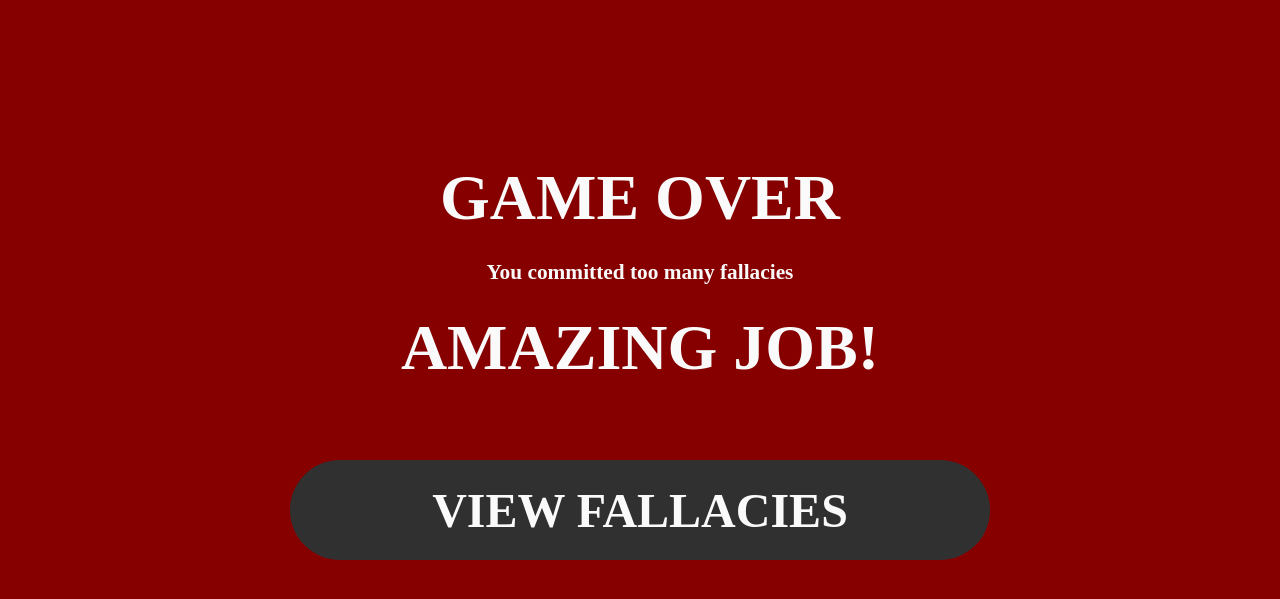
Repository: cindyvunguyen/fallacy
Page: index.html
The author's editor kept a copy of each file at every save. The page is drawn from the files as they stood at one save, then again after the next save.
The browser window is 1280 px wide. The pictures show the whole page.
After loading, the first visible `button.grey-button` was clicked once.
Some web fonts or font styles are not loaded; a fallback is used.

Above is the page before, as saved 2020-03-13 14:36:31.
Console error: ReferenceError: none is not defined

### index.html
<!DOCTYPE html>
<html lang="en">
<head>
    <meta charset="UTF-8">
    <meta name="viewport" content="width=device-width, initial-scale=1.0">
    <title>FALLACIES</title>
    <link href="style.css" rel="stylesheet" type="text/css">
</head>
<body>
    <div id="app">

        <!-- CINDY START -->

        <div id="home-page"></div>

        <div id="lets-start-page"></div>

        <div id="question-page"></div>

        <!-- CINDY END -->

        <!-- SOPHIA START -->

        <!-- when making it one page -->

        <div id="correct-incorrect-page">
            <div id="icon"></div>
            <div id="cip-text1">HORRAY!</div> <!-- incorrect, change to "oh no!" -->
            <div id="cip-a-outcome">
                <div id="cip-text2">You avoided the</div> <!-- icorrect, change to "you committed the"-->
                <div id="cip-fallacy">BANDWAGON FALLACY</div>
                <div id="cip-text2">which is</div>
            </div>
            <div id="cip-definition">Listening to what is popular instead of listening to yourself.</div>
            <button class="white-button" onclick="switchPage()">NEXT QUESTION</button>
        </div>

        <!-- the two above pages technically have the same HTML. so you can only have 1 div and change the CSS through JS. it's entirely up to you. -->

        <div id="results-page">
            <div id="rp-text">
                <div id="rp-message">YOU GOT...</div> <!-- game over, change to "game over" -->
                <div id="rp-results"># out of 10 scenarios</div>  <!-- game over, change to "you commited too many fallacies" -->
                <div id="rp-congrats">AMAZING JOB!</div> <!-- game over, message disappears -->
            </div>
            <button class="grey-button" onclick="gameOver()">VIEW FALLACIES</button>
        </div>

        <!-- the two above pages technically have the same HTML, so you can only have 1 div and change the CSS through JS. it's entirely up to you. -->

        <!-- SOPHIA END -->

        <!-- CHLOE START -->

        <div id="review-page"></div>

        <div id="review2-page"></div>

        <div id="fallacy-review-page"></div>

        <div id="three-fallacies-page"></div>
        <!-- change the page's content with JS to show all three fallacies when clicked -->

        <!-- CHLOE END -->
        <script src="js.js"></script>
    </div>
</body>
</html>

### style.css
body {
    margin: 0;
}

#app {
    width: 100vw;
    height: 100vh;
    font-family: Visby;
    background-color: #468091;
    color: #FAFAFA;
}

@font-face {
    font-family: Visby;
    src: url(fonts/VisbyRoundCF-Regular.otf) format("woff");
}

@font-face {
    font-family: Visby;
    src: url(fonts/VisbyRoundCF-ExtraBold.otf) format("woff");
    font-weight: bold;
}

.pink-button {
    height: 100px;
    width: 700px;
    background-color: #ed2265;
    border: 0px;
    border-radius: 75px;
    font-family: Visby;
    font-weight: bold;
    font-size: 36pt;
    color: #FAFAFA;
    outline: 0;
}

.pink-button:active {
    background-color: #9c1542;
}

.white-button {
    height: 100px;
    width: 700px;
    background-color: #FAFAFA;
    border: 0px;
    border-radius: 75px;
    font-family: Visby;
    font-weight: bold;
    font-size: 36pt;
    color: #303030;
    outline: 0;
}

.white-button:active {
    background-color: #9e9e9e;
}

.grey-button {
    height: 100px;
    width: 700px;
    background-color: #303030;
    border: 0px;
    border-radius: 75px;
    font-family: Visby;
    font-weight: bold;
    font-size: 36pt;
    color: #FAFAFA;
    outline: 0;
}

.grey-button:active {
    background-color: #000000;
}

/* CINDY START */

/* CINDY END */

/* SOPHIA START */

/* correct page */
#correct-incorrect-page {
    width: 100vw;
    height: 100vh;
    /* display: flex; */
    display: none;
    flex-direction: column;
    align-items: center;
    justify-content: center;
    background-color: #6eb748; /* incorrect, change to #860000*/
}

#icon {
    background-color: olive;
    width: 150px;
    height: 150px;
    border-radius: 50%;
}

#cip-text1 {
    font-size: 36pt;
    font-weight: bold;
    padding: 35px 0;
}

#cip-text2 {
    font-size: 16pt;
    font-weight: bold;
}

#cip-fallacy {
    font-size: 36pt;
    font-weight: bold;
}

#cip-definition {
    font-size: 16pt;
    line-height: 150px;
}

#cip-a-outcome {
    line-height: 60px;
    display: flex;
    flex-direction: column;
    align-items: center;
    justify-content: center;
}

/* results page */
#results-page {
    width: 100vw;
    height: 100vh;
    display: flex;
    /* display: none; */
    flex-direction: column;
    align-items: center;
    justify-content: center;
    /* background-color: #860000; */ /* for game over page when combined */
}

#rp-text {
    padding: 0 0 75px 0;
    line-height: 75px;
    display: flex;
    flex-direction: column;
    align-items: center;
    justify-content: center;
}

#rp-message {
    font-size: 48pt;
    font-weight: bold;
}

#rp-results {
    font-size: 16pt;
    font-weight: bold;
}

#rp-congrats {
    font-size: 48pt;
    font-weight: bold;
}

/* SOPHIA END */

/* CHLOE START */

/* CHLOE END */

### js.js
// CINDY START

// CINDY END

// SOPHIA START

//            fallacy:"BANDWAGON FALLACY",
//            definition:"Listening to what is popular instead of listening to yourself."

//            fallacy:"APPEAL TO EMOTIONS",
//            definition:"Using people's feelings to convince them or win an argument."

//            fallacy:"AD HOMINEM",
//            definition:"Attacking someone instead of listening to what they're saying."

function switchPage() {
    document.querySelector("#correct-incorrect-page").style.backgroundColor = "#860000";
    document.querySelector("#cip-text1").innerText = "OH NO!";
    document.querySelector("#cip-text2").innerText = "You committed the";
    document.querySelector("#icon").style.backgroundColor = "#b34c20";
}

function gameOver() {
    document.querySelector("#results-page").style.backgroundColor = "#860000";
    document.querySelector("#rp-message").innerText = "GAME OVER";
    document.querySelector("#rp-results").innerText = "You committed too many fallacies";
    document.querySelector("#rp-congrats").style.display = none;
}

// SOPHIA END

// CHLOE START

// CHLOE END

After the next save:
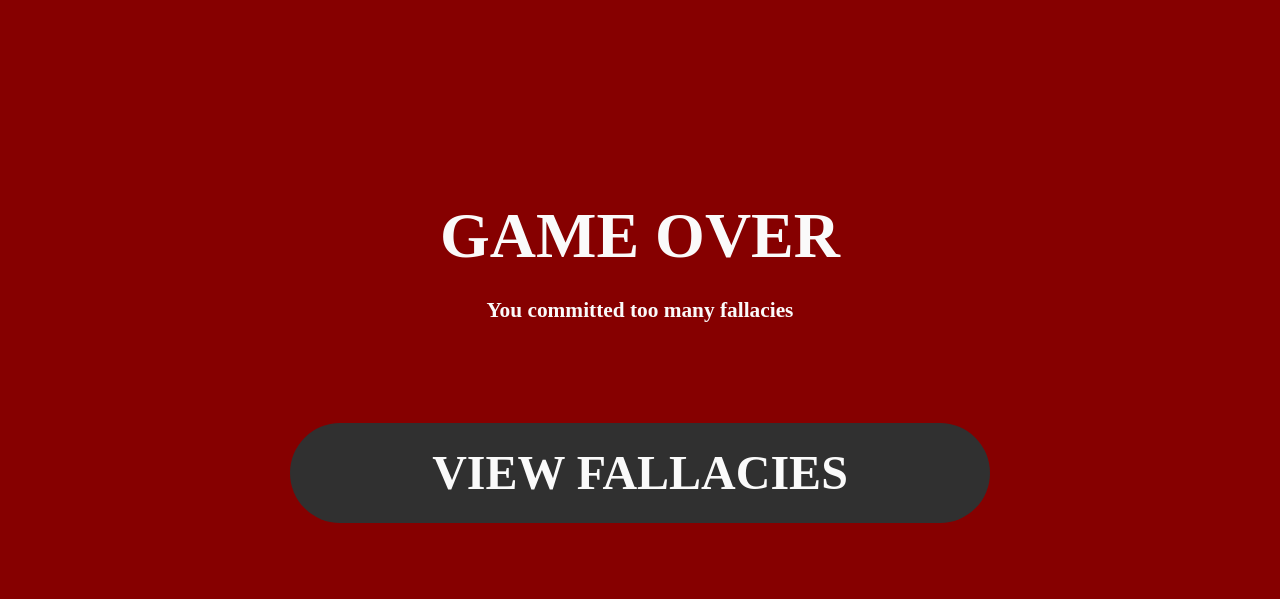
The error is gone.
Saved 2 min 54 s later.
--- a/js.js
+++ b/js.js
@@ -24,7 +24,7 @@ function gameOver() {
     document.querySelector("#results-page").style.backgroundColor = "#860000";
     document.querySelector("#rp-message").innerText = "GAME OVER";
     document.querySelector("#rp-results").innerText = "You committed too many fallacies";
-    document.querySelector("#rp-congrats").style.display = none;
+    document.querySelector("#rp-congrats").style.display = "none";
 }
 
 // SOPHIA END
